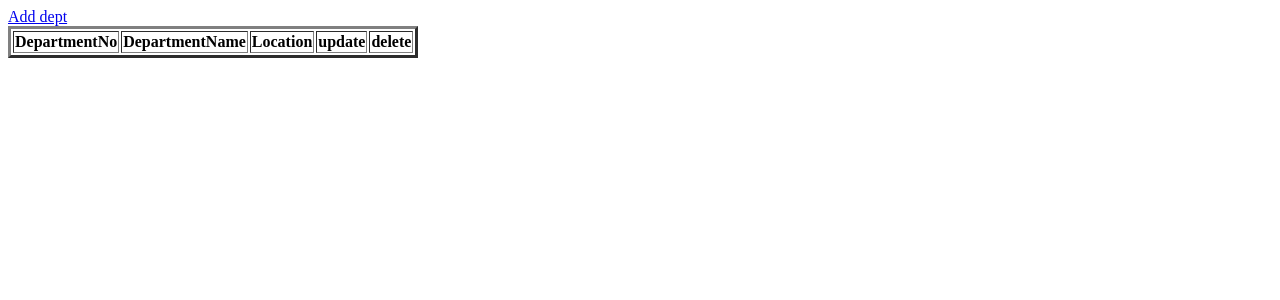
Repository: vinodkumarr269/mode1
Page: http://localhost/DeptCrude/DeptShow.jsp
An editor plug-in stored every save of this project. The page is shown before and after the next save, followed by the edit.
The browser window is 1280 px wide. The pictures show the whole page.
The page is served by Tomcat 9. Queries for data that is not in the repository find no rows.

Above is the page before, as saved 2019-08-22 12:14:14.

### day13/DeptCrude/WebContent/DeptShow.jsp
<%@page import="java.sql.ResultSet"%>
<%@page import="java.sql.PreparedStatement"%>
<%@page import="com.hcl.dept.DaoConnection"%>
<%@page import="java.sql.Connection"%>
<%@ page language="java" contentType="text/html; charset=ISO-8859-1"
    pageEncoding="ISO-8859-1"%>
<!DOCTYPE html PUBLIC "-//W3C//DTD HTML 4.01 Transitional//EN" "http://www.w3.org/TR/html4/loose.dtd">
<html>
<head>
<meta http-equiv="Content-Type" content="text/html; charset=ISO-8859-1">
<title>Insert title here</title>
</head>
<body>
<table border="3">
		<tr>
			<th>DepartmentNo</th>
			<th>DepartmentName</th>
			<th>Location</th>
			<th>update</th>
			<th>delete</th>

		</tr>
		<%
		Connection con=DaoConnection.getConnection();
		String cmd="select * from dept";
		PreparedStatement pst=con.prepareStatement(cmd);
		ResultSet rs=pst.executeQuery();
		while(rs.next()){
			%>
			<tr>
				<td><%=rs.getInt("deptNo")%></td>
				<td><%=rs.getString("dname")%></td>
				<td><%=rs.getString("loc")%></td>
				<td><a href="UpdateDept.jsp?deptno=<%=rs.getInt("deptno")%>">update</a></td>
				<td><a  href="DeleteDept.jsp?deptno=<%=rs.getInt("deptno")%>">delete</a></td>
			</tr>

		<%
		}
		%>

		<a href="AddDept.jsp">Add dept</a>
</table>
</body>
</html>

### day13/DeptCrude/src/com/hcl/dept/DaoConnection.java
package com.hcl.dept;

import java.sql.Connection;
import java.sql.DriverManager;
import java.sql.SQLException;
import java.util.ResourceBundle;

public class DaoConnection {
	public static Connection getConnection(){
			ResourceBundle rb=ResourceBundle.getBundle("db");

			String driver=rb.getString("driver");
			String url=rb.getString("url");
			String user=rb.getString("user");
			String pwd=rb.getString("password");
			Connection con=null;
			try {
				Class.forName(driver);
				con=DriverManager.getConnection(url,user,pwd);
				} catch (ClassNotFoundException e) {
				// TODO Auto-generated catch block
				e.printStackTrace();
		     	} catch (SQLException e) {
					// TODO Auto-generated catch block
					e.printStackTrace();
				}
			return con;
		}
	}

After the next save:
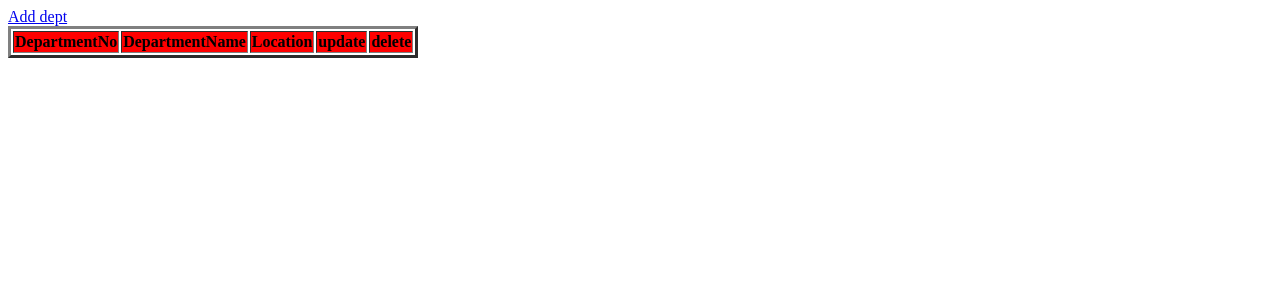
Saved 3 min 23 s later.
--- a/day13/DeptCrude/WebContent/DeptShow.jsp
+++ b/day13/DeptCrude/WebContent/DeptShow.jsp
@@ -12,7 +12,7 @@
 </head>
 <body>
 <table border="3">
-		<tr>
+		<tr bgcolor="red">
 			<th>DepartmentNo</th>
 			<th>DepartmentName</th>
 			<th>Location</th>
@@ -28,7 +28,7 @@
 		while(rs.next()){
 			%>
 			<tr>
-				<td><%=rs.getInt("deptNo")%></td>
+				<td ><%=rs.getInt("deptNo")%></td>
 				<td><%=rs.getString("dname")%></td>
 				<td><%=rs.getString("loc")%></td>
 				<td><a href="UpdateDept.jsp?deptno=<%=rs.getInt("deptno")%>">update</a></td>
